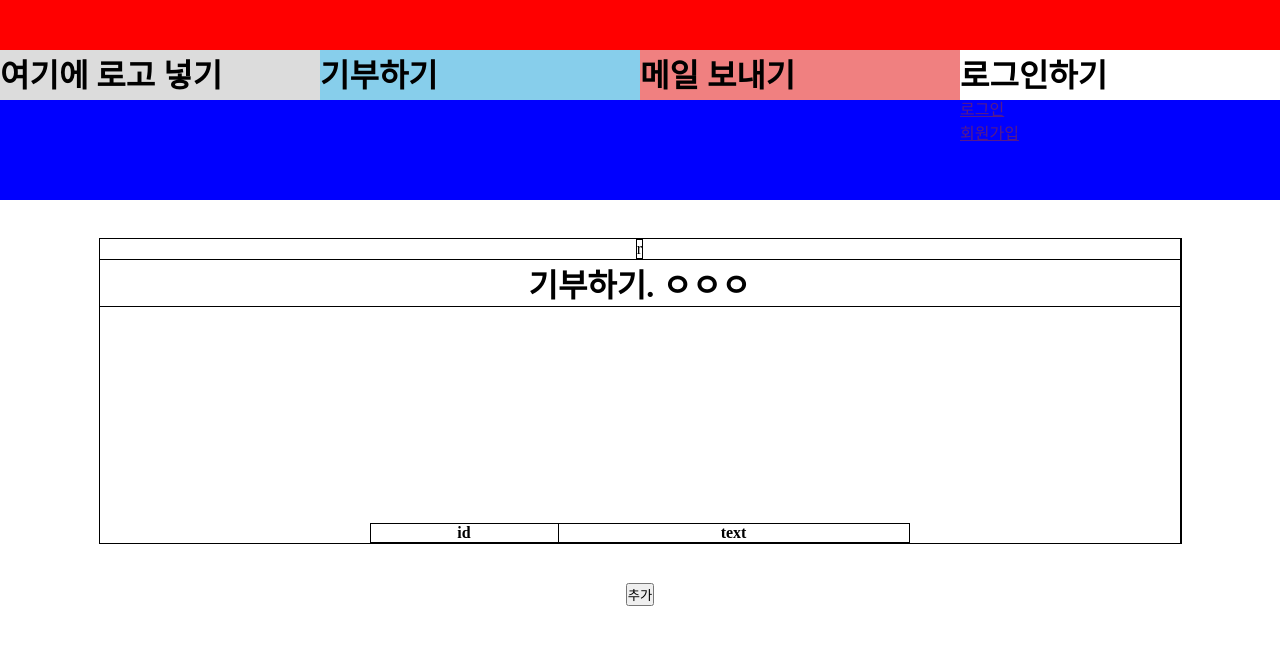
Repository: Yeojin0523/Survey
Page: http://localhost/Blog/Blog/list.jsp
An editor plug-in stored every save of this project. The page is shown before and after the next save, followed by the edit.
The browser window is 1280 px wide. The pictures show the whole page.
The page is served by Tomcat 9. The template is opened directly, without the code that normally fills it, so the values that code supplies are empty.

Above is the page before, as saved 2024-07-29 05:21:36.

After the next save:
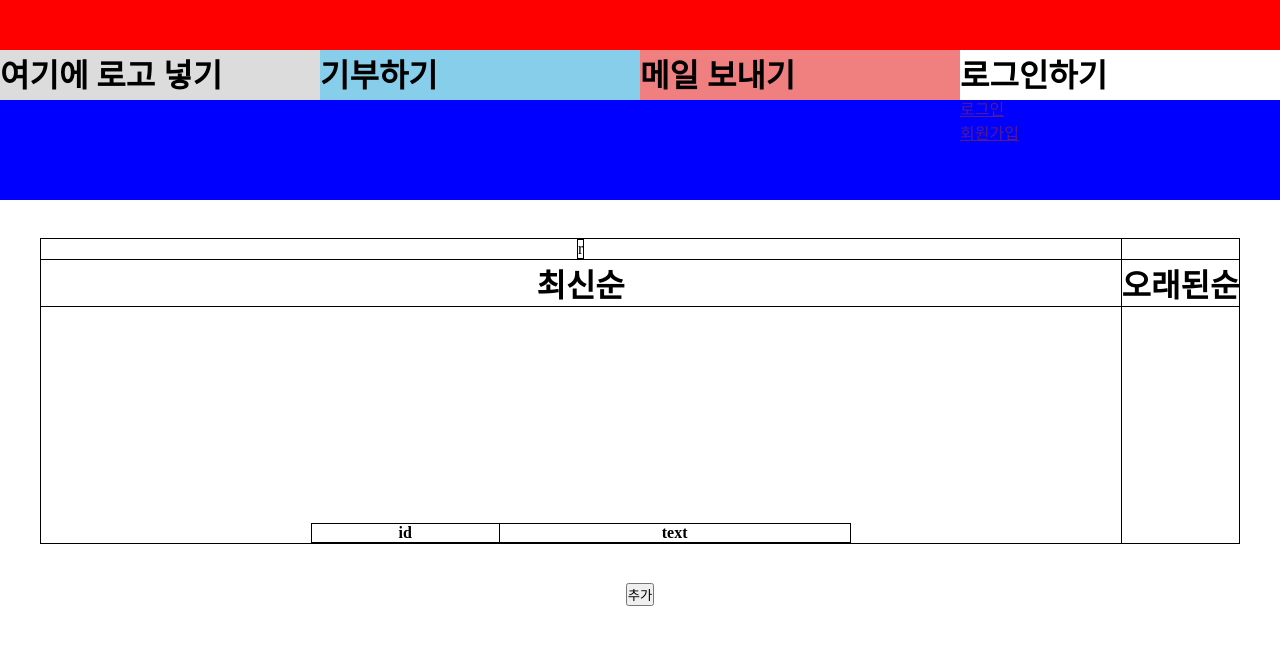
Saved 29 s later.
--- a/Blog/src/main/webapp/Blog/list.jsp
+++ b/Blog/src/main/webapp/Blog/list.jsp
@@ -67,9 +67,10 @@ ResultSet rs = null;
 			</tr>
 			<tr>
 				<td>
-					<h1>기부하기. ㅇㅇㅇ</h1>
+					<h1>최신순</h1>
 				</td>
 				<td>
+					<h1>오래된순</h1>
 				</td>
 			</tr>
 			<tr>
